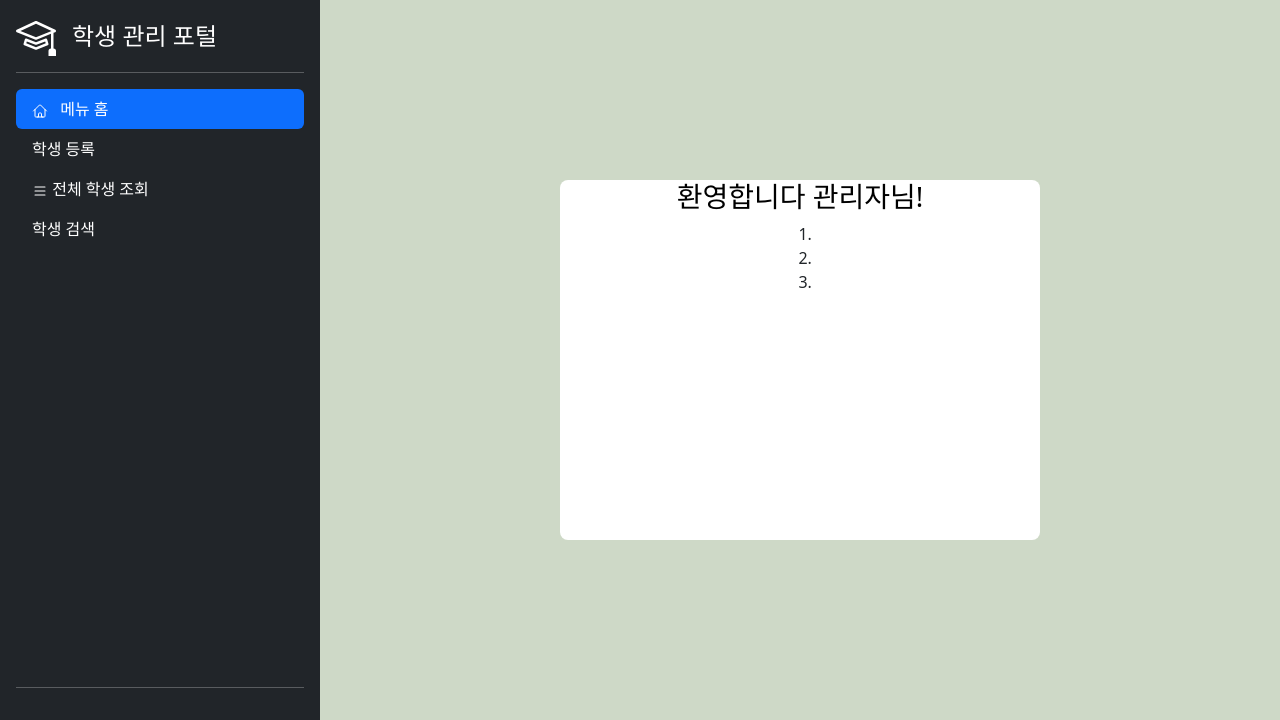
Repository: invisibleufo101/StudentManagementWeb
Page: HSW_Web/src/main/webapp/index.html
These files come from the project's save history. The page is drawn as it stood at one moment and after the next save; the edit follows.
The browser window is 1280 px wide. The pictures show the whole page.

Above is the page before, as saved 2024-09-19 11:19:08.

After the next save:
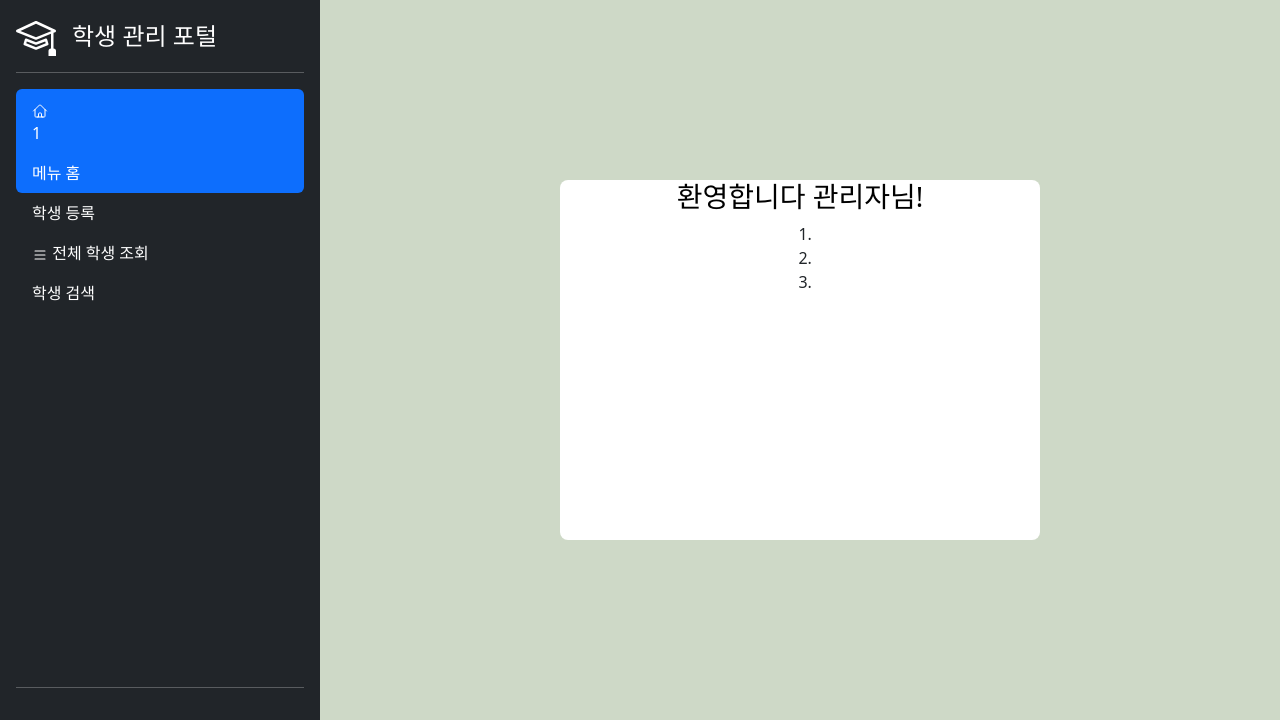
Saved 50 s later.
--- a/HSW_Web/src/main/webapp/index.html
+++ b/HSW_Web/src/main/webapp/index.html
@@ -26,6 +26,7 @@
 						<svg class="bi me-2" xmlns="http://www.w3.org/2000/svg" fill="none" viewBox="0 0 24 24" stroke-width="1.5" stroke="currentColor" width="16" height="16">
 							<path stroke-linecap="round" stroke-linejoin="round" d="m2.25 12 8.954-8.955c.44-.439 1.152-.439 1.591 0L21.75 12M4.5 9.75v10.125c0 .621.504 1.125 1.125 1.125H9.75v-4.875c0-.621.504-1.125 1.125-1.125h2.25c.621 0 1.125.504 1.125 1.125V21h4.125c.621 0 1.125-.504 1.125-1.125V9.75M8.25 21h8.25" />
 						</svg>
+						<p>1</p>
 						메뉴 홈
 					</a>
 				</li>
